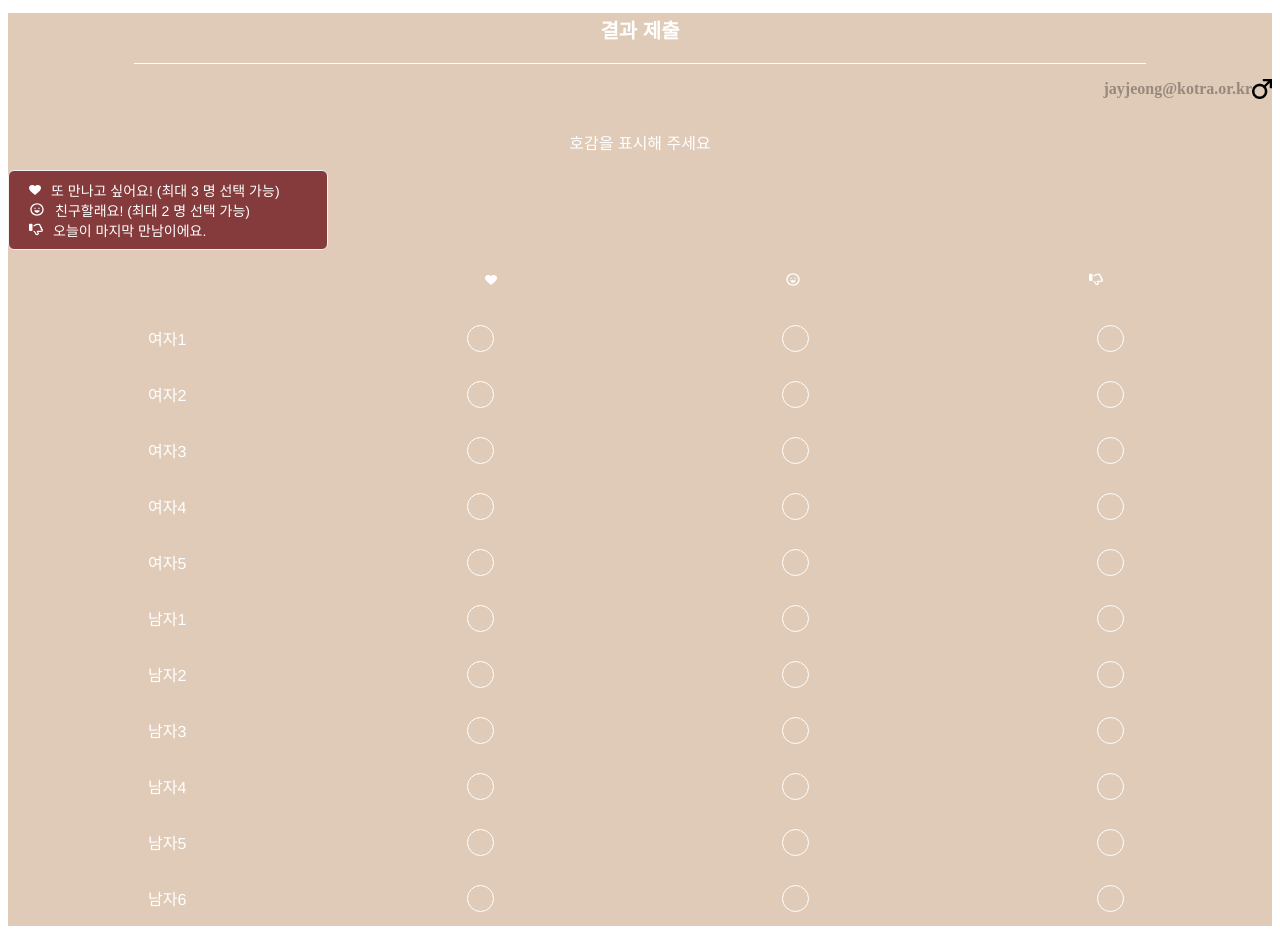
Repository: Jay-Jeong1988/speed_dating_pwa
Page: /submit_result
An editor plug-in stored every save of this project. The page is shown before and after a run of saves, followed by the edit.
The browser window is 1280 px wide. The pictures show the whole page.
The project was rebuilt for these pictures with package versions that can differ from the ones it lists, and the page was loaded fresh each time. Also part of the build but not shown: vue.config.js, src/views/LoginPage.vue, src/views/DashBoard.vue, src/components/no_reservation_card.vue, src/views/BookedEventsPage.vue.

Above is the page before, as saved 2023-02-12 22:50:57.

### src/App.vue
<template>
  <router-view/>
</template>

<style>
#app {
  font-family: Avenir, Helvetica, Arial, sans-serif;
  -webkit-font-smoothing: antialiased;
  -moz-osx-font-smoothing: grayscale;
  text-align: center;
  color: #ffffff;
  background-color: #E0CBB8;
}

nav {
  padding: 30px;
}

nav a {
  font-weight: bold;
  color: #2c3e50;
}

nav a.router-link-exact-active {
  color: #42b983;
}

ul {
  list-style-type: none;
}
</style>

### src/router/index.js
import { createRouter, createWebHistory } from 'vue-router'
import LoginPage from '../views/LoginPage.vue'
import DashBoard from '../views/DashBoard.vue'
import BookedEventsPage from '../views/BookedEventsPage.vue'
import SubmitResultPage from '../views/SubmitResultPage'

const routes = [
  {
    path: '/',
    name: 'loginPage',
    component: LoginPage
  },
  {
    path: '/dashboard',
    name: 'dashBoard',
    component: DashBoard
  },
  {
    path: '/booked_events',
    name: 'Booked_events_page',
    component: BookedEventsPage
  },
  {
    path: '/submit_result',
    name: 'Submit_result_page',
    component: SubmitResultPage
  }
]

const router = createRouter({
  history: createWebHistory(process.env.BASE_URL),
  routes
})

export default router

### src/views/SubmitResultPage.vue
<template>
  <div class="SubmitResultPage">
    <Header :headerTitle="this.headerTitle"></Header>
    <p>호감을 표시해 주세요</p>
    <div class="demo-banner">
      <div><img class="interest-icon" src="../assets/images/heart.svg" />
        <p>또 만나고 싶어요! (최대 3 명 선택 가능)</p>
      </div>
      <div><img class="interest-icon" src="../assets/images/smile.svg" />
        <p>친구할래요! (최대 2 명 선택 가능)</p>
      </div>
      <div><img class="interest-icon" src="../assets/images/thumb_down.svg" />
        <p>오늘이 마지막 만남이에요.</p>
      </div>
    </div>
    <div class="example-icons-container">
      <div class="name-buffer"></div>
      <img class="interest-icon" src="../assets/images/heart.svg" />
      <img class="interest-icon" src="../assets/images/smile.svg" />
      <img class="interest-icon" src="../assets/images/thumb_down.svg" />
    </div>
    <div class="participants-list-container" v-if="participants.length">
      <ul class="participants-list">
        <li class="participants-list-item" v-for="participant in participants" :key="participant.id">
          <p>{{ participant.name }}</p>
          <label class="container">
            <input type="radio" :id="participant.id" :name="participant.name" value="HTML" />
            <span class="checkmark"></span>
          </label>
          <label class="container">
            <input type="radio" :id="participant.id" :name="participant.name" value="HTML" />
            <span class="checkmark"></span>
          </label>
          <label class="container">
            <input type="radio" :id="participant.id" :name="participant.name" value="HTML" />
            <span class="checkmark"></span>
          </label>
        </li>
      </ul>
    </div>
  </div>
</template>
<script>
import Header from '../components/header.vue'
import users from '../assets/test_data/users.json'
export default {
  name: 'Submit_result_page',
  props: {

  },
  data() {
    return {
      headerTitle: "결과 제출",
      participants: [],
    }
  },
  methods: {
  },
  components: { Header },
  mounted() {
    users.forEach((item) => {
      this.participants.push(item)
    })
  }
}

</script>

<!-- Add "scoped" attribute to limit CSS to this component only -->
<style scoped lang="scss">
.demo-banner {
  box-sizing: border-box;
  width: 320px;
  height: 80px;
  background: #853B3B;
  border: 1px solid #F2F2F2;
  border-radius: 6px;
  display: flex;
  flex-direction: column;
  justify-content: center;
  padding: 20px;

  div {
    display: flex;
    justify-content: flex-start;
    align-items: center;

    .interest-icon {
      margin-right: 10px;
    }

    p {
      margin: 0;
      font-size: 14px;
    }
  }
}

.example-icons-container {
  display: flex;
  justify-content: space-around;
  align-items: center;
  padding: 20px;

  .name-buffer {
    width: 40px;
    height: 20px;
  }

  .interest-icon {
    margin-right: 10px;
  }
}

.participants-list {
  padding: 0;
  margin: 0;

  .participants-list-item {
    display: flex;
    justify-content: space-around;
    align-items: center;
  }
}

/* The container */
.container {
  display: block;
  position: relative;
  padding-left: 35px;
  margin-bottom: 25px;
  cursor: pointer;
  font-size: 22px;
  -webkit-user-select: none;
  -moz-user-select: none;
  -ms-user-select: none;
  user-select: none;
}

/* Hide the browser's default radio button */
.container input {
  position: absolute;
  opacity: 0;
  cursor: pointer;
}

/* Create a custom radio button */
.checkmark {
  position: absolute;
  top: 0;
  left: 0;
  height: 25px;
  width: 25px;
  background-color: transparent;
  border-radius: 50%;
  border: 1px solid #fff;
}

/* On mouse-over, add a grey background color */
.container:hover input~.checkmark {
  background-color: #ccc;
}

/* When the radio button is checked, add a blue background */
.container input:checked~.checkmark {
  background-color: #2196F3;
}

/* Create the indicator (the dot/circle - hidden when not checked) */
.checkmark:after {
  content: "";
  position: absolute;
  display: none;
}

/* Show the indicator (dot/circle) when checked */
.container input:checked~.checkmark:after {
  display: block;
}

/* Style the indicator (dot/circle) */
.container .checkmark:after {
  top: 9px;
  left: 9px;
  width: 8px;
  height: 8px;
  border-radius: 50%;
  background: white;
}
</style>

### src/components/header.vue
<template>
     <div class="page-header">
        <h1 class="title">{{ this.headerTitle }}</h1>
      </div>
      <div class="userInfo">
        <p id="emailAddress">jayjeong@kotra.or.kr</p>
        <img id="gender-icon" src="../assets/images/gender-male.png"/>
      </div>
</template>
<script>
    export default {
        name: 'Header_component',
        data() {
            return {}
        },
        props: [
            "headerTitle"
        ]
    }
</script>
<style scoped lang="scss">
    .page-header {
        width: 80%;
        margin: auto;
        border-bottom: 1px solid #fff;
        .title {
            font-weight: 700;
            font-size: 20px;
            line-height: 36px;
        }
    }
    .userInfo {
        display: flex;
        justify-content: flex-end;
        align-items: center;
        color: #97897D;
        font-family: 'Battambang';
        font-weight: 700;
        #gender-icon {
            width: 20px;
            height: 20px;
        }
    }
</style>

### src/assets/test_data/users.json
[
  {
    "id": 0,
    "gender": "F",
    "name": "여자1",
    "email_address": "sarangkim@gmail.com",
    "birthdate": "Mon, Feb 2, 2000",
    "marital_status": "single",
    "phone_number": "000-0000-0000",
    "payment_info": "",
    "lover_interested": [],
    "friend_interested": [],
    "not_interested": [],
    "booked_events": [],
    "completed_events": []
  },
  {
    "id": 1,
    "gender": "F",
    "name": "여자2",
    "email_address": "sarangkim@gmail.com",
    "birthdate": "Mon, Feb 2, 2000",
    "marital_status": "single",
    "phone_number": "000-0000-0000",
    "payment_info": "",
    "lover_interested": [],
    "friend_interested": [],
    "not_interested": [],
    "booked_events": [],
    "completed_events": []
  },
  {
    "id": 2,
    "gender": "F",
    "name": "여자3",
    "email_address": "sarangkim@gmail.com",
    "birthdate": "Mon, Feb 2, 2000",
    "marital_status": "single",
    "phone_number": "000-0000-0000",
    "payment_info": "",
    "lover_interested": [],
    "friend_interested": [],
    "not_interested": [],
    "booked_events": [],
    "completed_events": []
  },
  {
    "id": 3,
    "gender": "F",
    "name": "여자4",
    "email_address": "sarangkim@gmail.com",
    "birthdate": "Mon, Feb 2, 2000",
    "marital_status": "single",
    "phone_number": "000-0000-0000",
    "payment_info": "",
    "lover_interested": [],
    "friend_interested": [],
    "not_interested": [],
    "booked_events": [],
    "completed_events": []
  },{
    "id": 4,
    "gender": "F",
    "name": "여자5",
    "email_address": "sarangkim@gmail.com",
    "birthdate": "Mon, Feb 2, 2000",
    "marital_status": "single",
    "phone_number": "000-0000-0000",
    "payment_info": "",
    "lover_interested": [],
    "friend_interested": [],
    "not_interested": [],
    "booked_events": [],
    "completed_events": []
  },
  {
    "id": 5,
    "gender": "M",
    "name": "남자1",
    "email_address": "sarangkim@gmail.com",
    "birthdate": "Mon, Feb 2, 2000",
    "marital_status": "single",
    "phone_number": "000-0000-0000",
    "payment_info": "",
    "lover_interested": [],
    "friend_interested": [],
    "not_interested": [],
    "booked_events": [],
    "completed_events": []
  },
  {
    "id": 6,
    "gender": "M",
    "name": "남자2",
    "email_address": "sarangkim@gmail.com",
    "birthdate": "Mon, Feb 2, 2000",
    "marital_status": "single",
    "phone_number": "000-0000-0000",
    "payment_info": "",
    "lover_interested": [],
    "friend_interested": [],
    "not_interested": [],
    "booked_events": [],
    "completed_events": []
  },
  {
    "id": 7,
    "gender": "M",
    "name": "남자3",
    "email_address": "sarangkim@gmail.com",
    "birthdate": "Mon, Feb 2, 2000",
    "marital_status": "single",
    "phone_number": "000-0000-0000",
    "payment_info": "",
    "lover_interested": [],
    "friend_interested": [],
    "not_interested": [],
    "booked_events": [],
    "completed_events": []
  },
  {
    "id": 8,
    "gender": "F",
    "name": "남자4",
    "email_address": "sarangkim@gmail.com",
    "birthdate": "Mon, Feb 2, 2000",
    "marital_status": "single",
    "phone_number": "000-0000-0000",
    "payment_info": "",
    "lover_interested": [],
    "friend_interested": [],
    "not_interested": [],
    "booked_events": [],
    "completed_events": []
  },
  {
    "id": 9,
    "gender": "M",
    "name": "남자5",
    "email_address": "sarangkim@gmail.com",
    "birthdate": "Mon, Feb 2, 2000",
    "marital_status": "single",
    "phone_number": "000-0000-0000",
    "payment_info": "",
    "lover_interested": [],
    "friend_interested": [],
    "not_interested": [],
    "booked_events": [],
    "completed_events": []
  },
  {
    "id": 10,
    "gender": "M",
    "name": "남자6",
    "email_address": "sarangkim@gmail.com",
    "birthdate": "Mon, Feb 2, 2000",
    "marital_status": "single",
    "phone_number": "000-0000-0000",
    "payment_info": "",
    "lover_interested": [],
    "friend_interested": [],
    "not_interested": [],
    "booked_events": [],
    "completed_events": []
  }
]

Loaded but not shown: public/index.html (common file); src/main.js (common file); src/registerServiceWorker.js (common file)

After the next 2 saves:
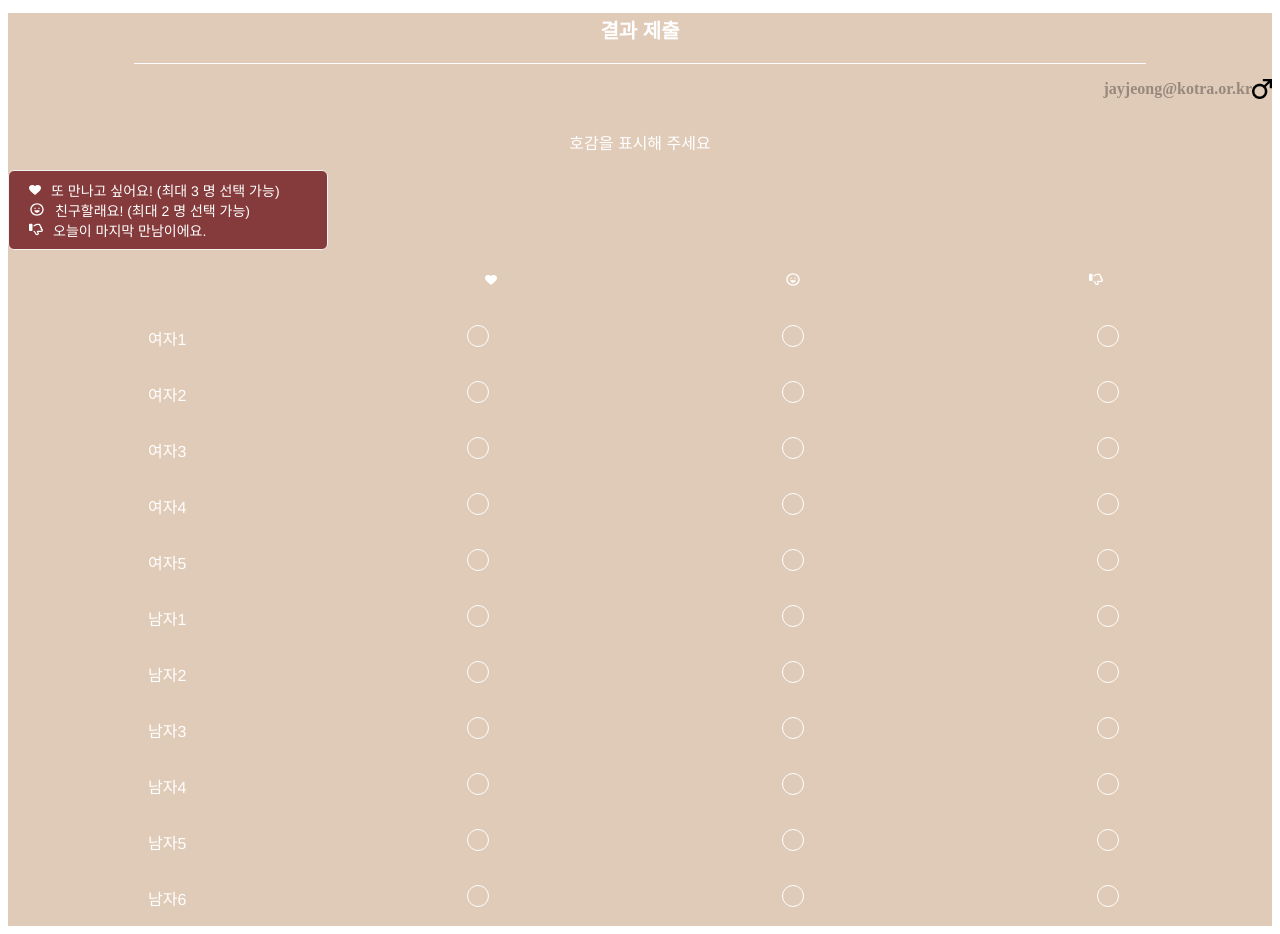
The 2 saves are shown as one change because they came seconds apart.
The last was saved 57 s later.
--- a/src/views/SubmitResultPage.vue
+++ b/src/views/SubmitResultPage.vue
@@ -149,8 +149,8 @@ export default {
   position: absolute;
   top: 0;
   left: 0;
-  height: 25px;
-  width: 25px;
+  height: 20px;
+  width: 20px;
   background-color: transparent;
   border-radius: 50%;
   border: 1px solid #fff;
